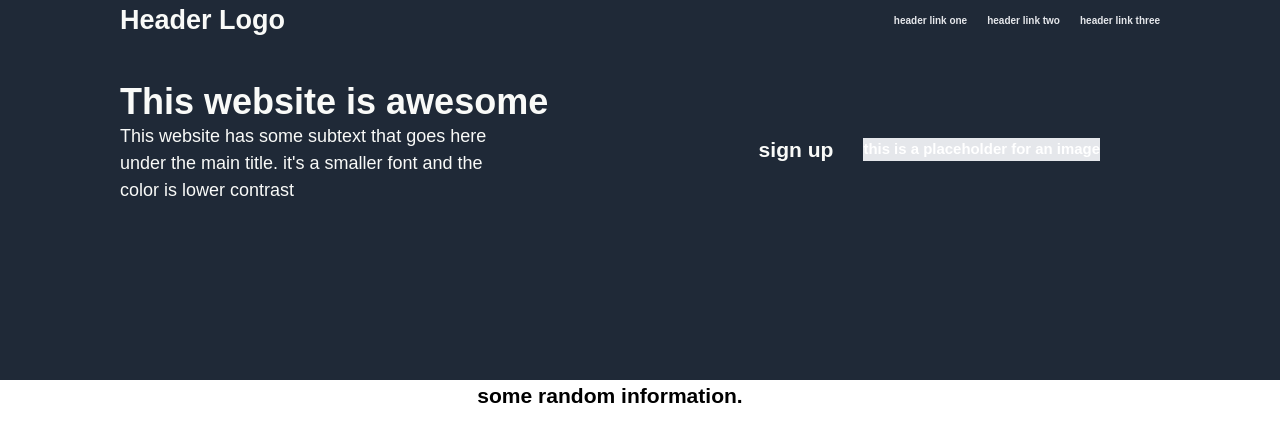
Repository: Grace561/css-exercises
Page: index.html
These files come from the project's save history. The page is drawn as it stood at one moment and after a run of saves; the edit follows.
The browser window is 1280 px wide. The pictures show the whole page.

Above is the page before, as saved 2025-04-18 02:51:29.

### index.html
<!DOCTYPE html>
<html lang="en">
<head>
    <meta charset="UTF-8">
    <meta name="viewport" content="width=device-width, initial-scale=1.0">
    <link rel="stylesheet" href="style.css">
    <title>Landing-Page</title>
</head>
<body>
   <nav class="navbar">
    <div class="container">
        <div class="Logo"><h2>Header Logo</h2></div>
        <ul class="nav">
           <li>
            <a href="#"><h4>header link one</h4></a>
           </li>
           <li>
            <a href="#"><h4>header link two</h4></a>
           </li>
           <li>
            <a href="#"><h4>header link three</h4></a>
           </li>
        </ul>
    </div>
   </nav>

   <header class="header">
    <div class="container">
        <div>
            <h1>This website is awesome</h1>
            <p>
                This website has some subtext that goes here under the
                main title. it's a smaller font and the color is lower
                contrast
            </p>
        </div>
        <section class="box">
            <div class="container">
                <div class="box">
                    <h3>sign up</h3>
            </div>
        <div class="boxes">
           <div class="container">
                <div class="box">
            <h5>this is a placeholder for an image</h5>
        </div>
   </header>
   <section class="boxes">
    <div class="container">
        <div class="box">
          <h3>some random information.</h3>
        </div>
    <div class="box">
        <div class="container">
            <div class="box">


    </div>
    </div>
   </section>
</body>
</html>

### style.css
*{
    box-sizing: border-box;
    margin: 0;
    padding: 0;
}

body{
    font-family: 'poppins',sans-serif;
    font-size: 18px;
    line-height: 1.5;
    color: #000;
    background:#ffff;
}
p{
    margin-bottom: 15px;
}

ul{
    list-style: none;
}

.container{
    max-width: 1100px;
    margin: 0 auto;
    padding: 0 30px;
}
.navbar{
    background:#1f2937;
    color:#f9faf8;
    height: 80px;
}
h3.Logo{
    font-size: 24px;
    font-weight:bold;

}

a{
    color:#e5e7eb;
    text-decoration: none;
    font-size: x-small;

}
.container{
    display: flex;
    justify-content: space-between;
    align-items: center;

}

ul{
    display: flex
}
ul li {
    margin-left: 20px;
}
.header{
    background-color:#1f2937;
    color:#f9faf8;
    min-height: 300px;
}

.header h1{
    font: weight 3rem;
    font-weight: 900;
    line-height: 1.2;
}

.header p{
    max-width: 400px;
}
.container{
    display: flex;
    align-items:center;
    justify-content: space-between;
}
.box.container{
    display: flex;
    justify-content: space-between;
}
.box h5{
    flex: 1;
    background:#e5e7eb;
    color:#ffff;


}
.boxes .container{
    display: flex;
    font-weight: 900;
    justify-content: center;

}

After the next 2 saves:
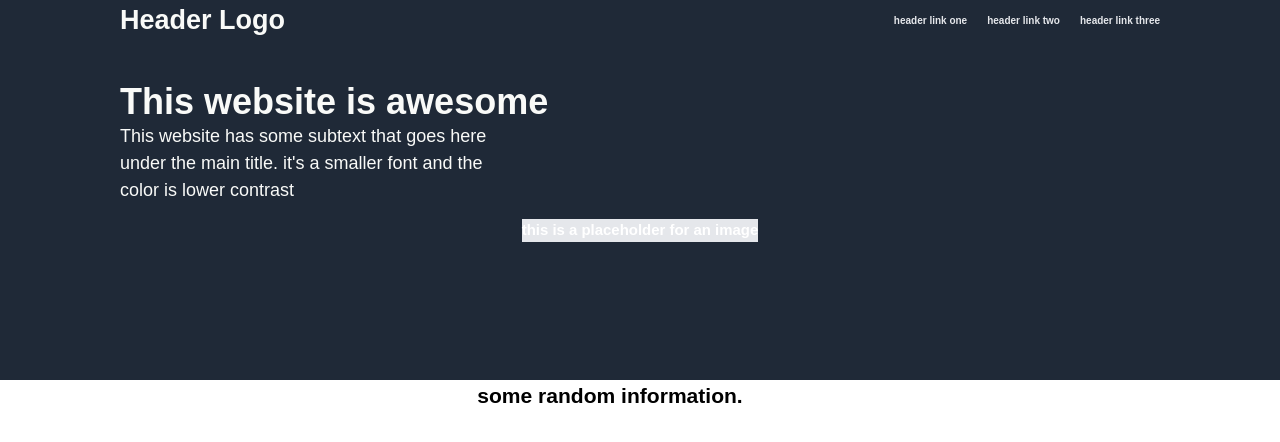
The 2 saves are shown as one change because they came seconds apart.
The last was saved 20 s later.
--- a/index.html
+++ b/index.html
@@ -34,10 +34,6 @@
                 contrast
             </p>
         </div>
-        <section class="box">
-            <div class="container">
-                <div class="box">
-                    <h3>sign up</h3>
             </div>
         <div class="boxes">
            <div class="container">
